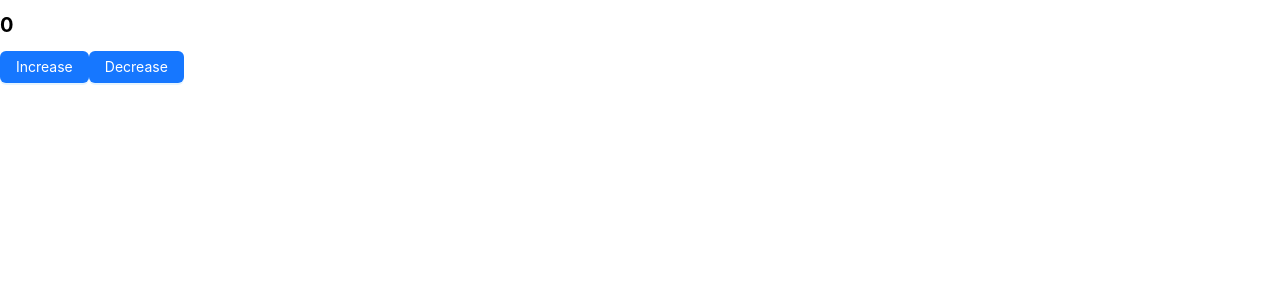
Repository: manhhieu120499/E-Commerce
Page: /
These files come from the project's save history. The page is drawn as it stood at one moment and after the next save; the edit follows.
The browser window is 1280 px wide. The pictures show the whole page.
The project was rebuilt for these pictures with package versions that can differ from the ones it lists, and the page was loaded fresh each time.

Above is the page before, as saved 2024-12-31 13:09:21.

After the next save:
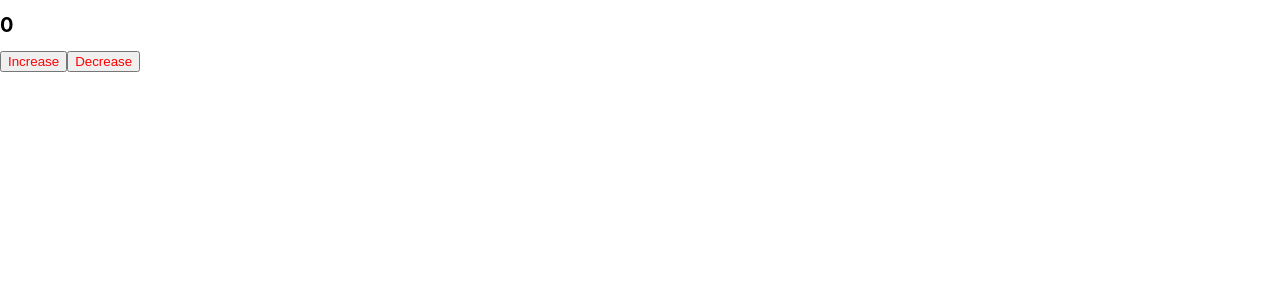
Saved 6 min 2 s later.
--- a/src/App.js
+++ b/src/App.js
@@ -1,9 +1,16 @@
+import React from "react";
 import { Button } from "antd";
 import { useSelector, useDispatch } from "react-redux";
 import { increase, decrease } from "./redux/slices/productSlice";
+import styled from 'styled-components'
 function App() {
   const value = useSelector((state) => state.product.value)
   const dispatch = useDispatch();
+
+  const Button = styled.button({
+    color: 'red',
+  })
+
   return (
     <div className="App">
       <h1>{value}</h1>
